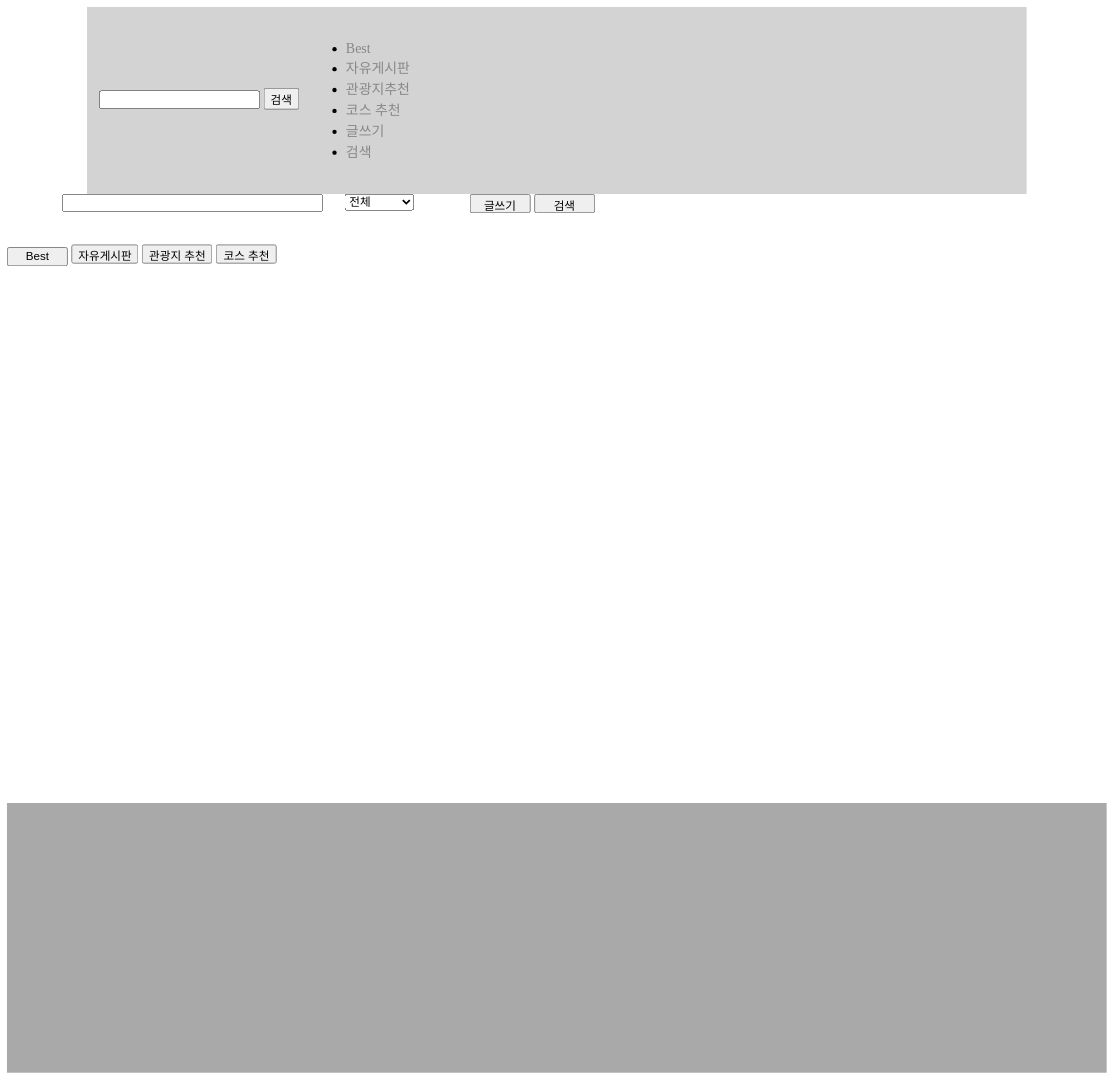
Repository: HJCroCat/project4
Page: http://localhost/koravle/boardMain.jsp
The author's editor kept a copy of each file at every save. The page is drawn from the files as they stood at one save, then again after the next save.
The browser window is 1280 px wide. The pictures show the whole page, at 87% of full size.
The page is served by Tomcat 9. Nobody is signed in. The application's start-up code is not run.

Above is the page before, as saved 2021-12-10 10:15:41.

After the next save:
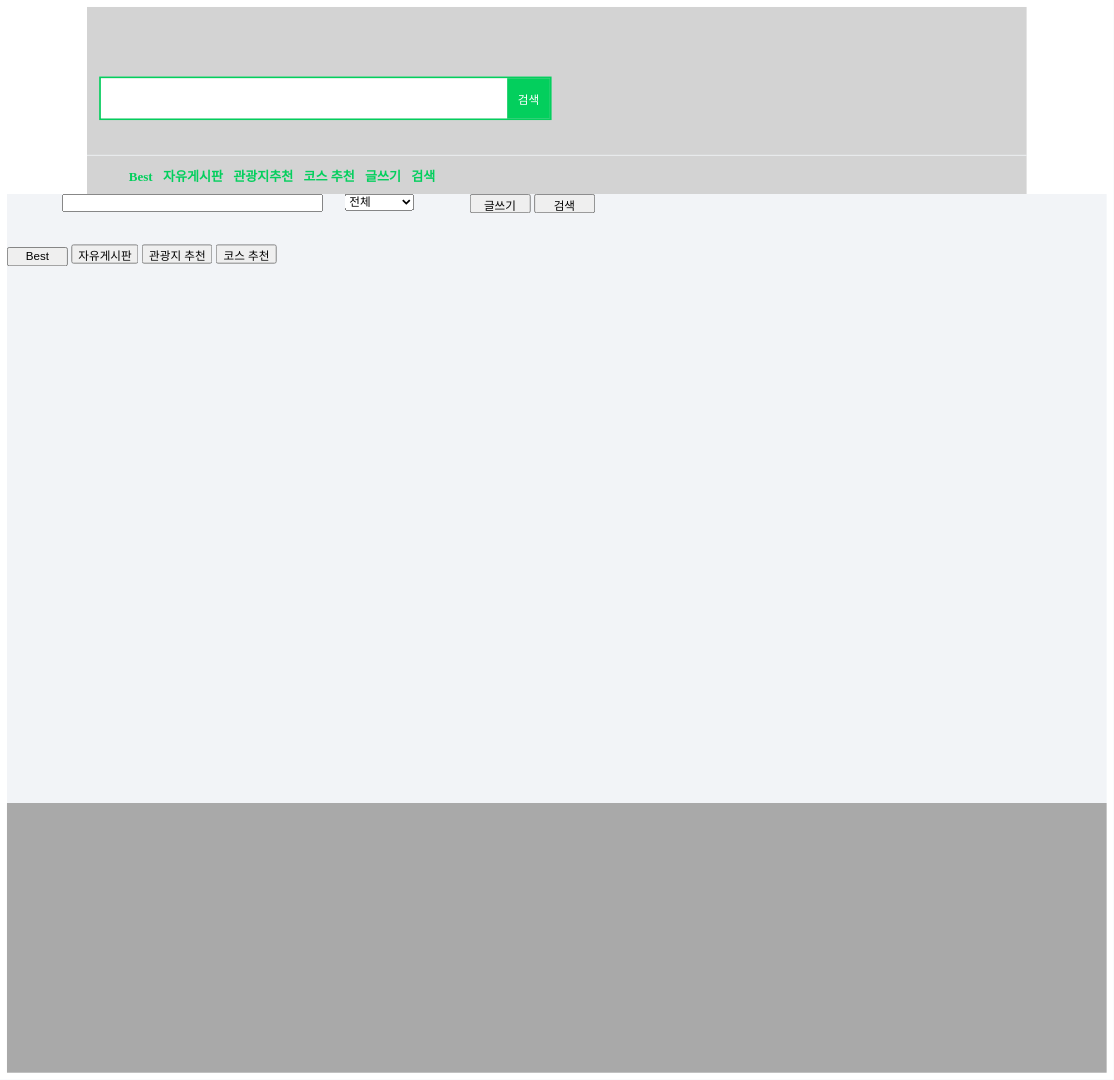
Saved 26 s later.
--- a/koravle/koravle/src/main/webapp/resources/style/stylecss.css
+++ b/koravle/koravle/src/main/webapp/resources/style/stylecss.css
@@ -40,20 +40,81 @@ fieldset {
     top: 0;
     right: 0;
 }
-
-
-main{
-	min-height: 700px;
-}
-
-footer{
-	background: darkgray;
-	height: 310px;
-}
-
-
-
-
+  .link_text {
+    font-size: 10px;
+    margin-left: 5px;
+  }
+  .img_logo {
+    margin-bottom: 12px;
+    width: 220px;
+    height: 65px;
+  }
+  .search_box {
+    width: 520px;
+    height: 50px;
+    border: 2px solid #03cf5d;
+    display: flex;
+    align-items: center;
+  }
+  .search_box input {
+    flex: 9; /* search-box내부에서 9만큼의 크기를 차지(비율) */
+    height: 46px;
+    padding-left: 12px;
+    padding-right: 12px;
+    border: none;
+    outline: none;
+    font-size: 18px;
+  }
+  .search_box button {
+    flex: 1; /* search-box내부에서 1만큼의 크기를 차지(비율) */
+    height: 46px;
+    margin: 0;
+    padding: 0;
+    border: none;
+    outline: none;
+    background: #03cf5d;
+    color: #ffffff;
+  }
+  /* nav */
+  header > nav {
+    width: 100%;
+    height: 45px;
+    position: absolute;
+    bottom: 0;
+  }
+  .nav_items {
+    width: 100%;
+    height: 100%;
+    display: flex;
+    justify-content: space-between;
+    align-items: center;
+    font-size: 15px;
+    font-weight: bold;
+    border-top: 1px solid #f1f3f6;
+  }
+  .nav_items ul > li {
+    display: inline-block;
+    margin-left: 8px;
+  }
+  .nav_items ul > li:nth-child(-n + 7) > a { /* <ul>하위 7번째 <li>까지 각각 내부의 <a> 태그 접근 */
+    color: #03cf5d;
+  }
+  .nav_items ul > li > a {
+    text-decoration: none;
+    cursor: pointer;
+  }
+  main {
+    background: #f2f4f7;
+    min-height: 700px;
+  }
+  footer {
+    background: darkgray;
+    height: 310px;
+  }
+  /* 재사용 클래스 */
+  .color_naver {
+    color: #03cf5d;
+  }
 
 
 
